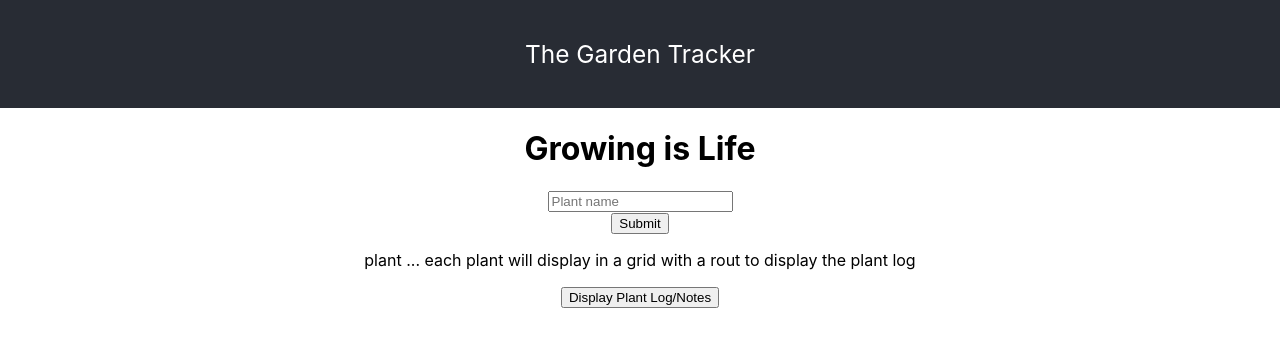
Repository: charliejp0311/gardentracker
Page: /harvest
An editor plug-in stored every save of this project. The page is shown before and after the next save, followed by the edit.
The browser window is 1280 px wide. The pictures show the whole page.
The project was rebuilt for these pictures with package versions that can differ from the ones it lists, and the page was loaded fresh each time.

Above is the page before, as saved 2020-10-28 09:03:08.

After the next save:
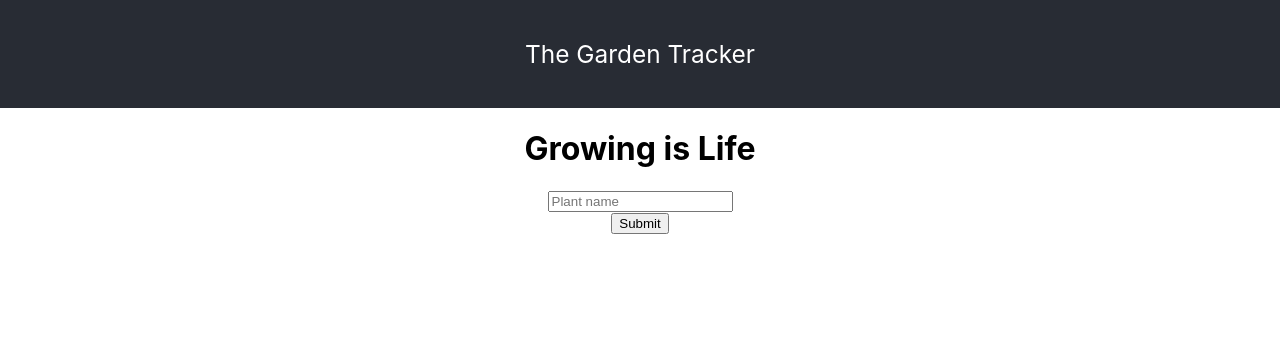
Saved 4 min 49 s later.
--- a/src/components/Garden.js
+++ b/src/components/Garden.js
@@ -1,6 +1,6 @@
 import React, {Component} from 'react';
 import CreatePlant from './CreatePlant';
-import Plant from './Plant';
+import plantList from './plantList';
 import {connect} from 'react-redux';
 
 
@@ -8,6 +8,8 @@ class Garden extends Component{
 
     state = {
         plants: [],
+        notes: [],
+        nutrients: []
     }
 
     render(){
@@ -18,7 +20,7 @@ class Garden extends Component{
             <div className='garden-container' >
                 <h1>Growing is Life</h1>
                 <CreatePlant  />
-                <Plant notes={this.props.notes} nutrients={this.props.nutrients}/>
+                <plantList plants={this.state.plants}/>
                 {/* {allPlants} */}
             </div>
         )
